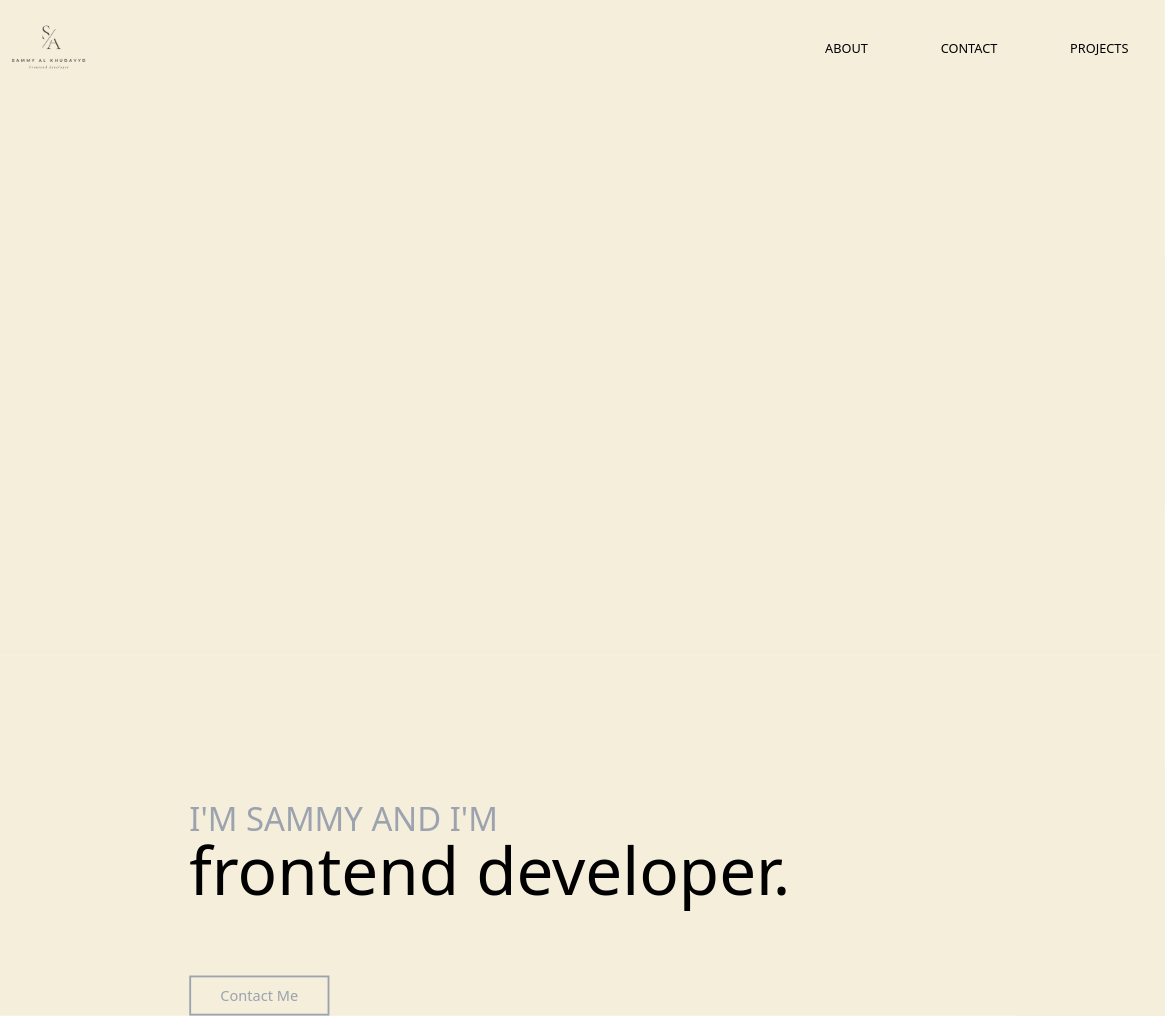
Repository: Al123Kudayyd/myportfolio
Page: /
These files come from the project's save history. The page is drawn as it stood at one moment and after the next save; the edit follows.
The browser window is 1280 px wide. The pictures show the whole page, at 91% of full size.
The project was rebuilt for these pictures with package versions that can differ from the ones it lists, and the page was loaded fresh each time.

Above is the page before, as saved 2024-02-20 09:40:33.

### src/App.js
import Main from './components/Main';
import Nav from './components/Nav';
import Model from './components/Model'

function App() {
  return (
    <div className="bg-[#f4eedb] h-screen ">
      <Nav />
      <Main />
      <Model />
    </div>
  );
}

export default App;

### src/components/Main.jsx
import React from 'react'


function Main() {
  return (
    <div className='bg-[#f4eedb] pl-52 pt-40 h-max'>
        <div className=''>
            <h1 className=''><span className='text-gray-400 font-extralight text-4xl'>I'M SAMMY AND I'M</span>
            <br /><span className='text-7xl'>frontend developer.</span></h1>
            <button className='mt-20 border-gray-400 border-2 text-gray-400 py-2 px-8 hover:bg-gray-400 hover:text-[#f4eedb]
            transition-all duration-300'>
                Contact Me</button>
        </div>

    </div>
  )
}

export default Main

### src/components/Nav.jsx
import React from 'react'
import logo from '../assets/logo.png'

function Nav() {
  return (
    <div className='bg-[#f4eedb] h-screen'>
        <div className='flex justify-between items-center'>
            <img src={logo} className="w-1/12" />
            <ul className='flex font-extralight text-sm '>
                <li className='px-10 cursor-pointer hover:text-gray-400 transition-all duration-300'>ABOUT</li>
                <li className='px-10 cursor-pointer hover:text-gray-400 transition-all duration-300'>CONTACT</li>
                <li className='px-10 cursor-pointer hover:text-gray-400 transition-all duration-300'>PROJECTS</li>
            </ul>
        </div>

    </div>
  )
}

export default Nav

### src/components/model.js
import React from 'react'

function model() {
  return (
    <div>

    </div>
  )
}

export default model

### tailwind.config.js
/** @type {import('tailwindcss').Config} */
module.exports = {
  content: [
    "./src/components/Nav.{js,jsx,ts,tsx}",
    "./src/components/Main.{js,jsx,ts,tsx}",
    "./src/components/App.{js,jsx,ts,tsx}",
    "./src/components/Model.{js,jsx,ts,tsx}"
  ],
  theme: {
    extend: {},
  },
  plugins: [],
}

Loaded but not shown: public/index.html (common file); src/index.js (common file); src/index.css (common file); src/reportWebVitals.js (common file)

After the next save:
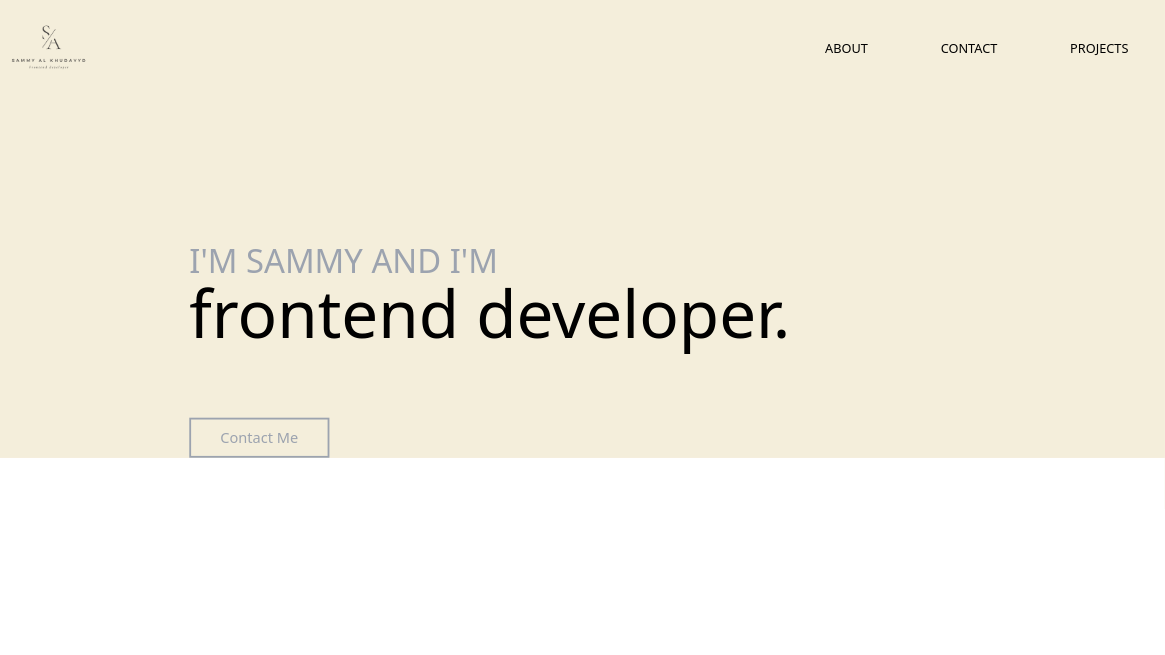
Saved 6 s later.
--- a/src/components/Nav.jsx
+++ b/src/components/Nav.jsx
@@ -3,7 +3,7 @@ import logo from '../assets/logo.png'
 
 function Nav() {
   return (
-    <div className='bg-[#f4eedb] h-screen'>
+    <div className='bg-[#f4eedb] '>
         <div className='flex justify-between items-center'>
             <img src={logo} className="w-1/12" />
             <ul className='flex font-extralight text-sm '>
